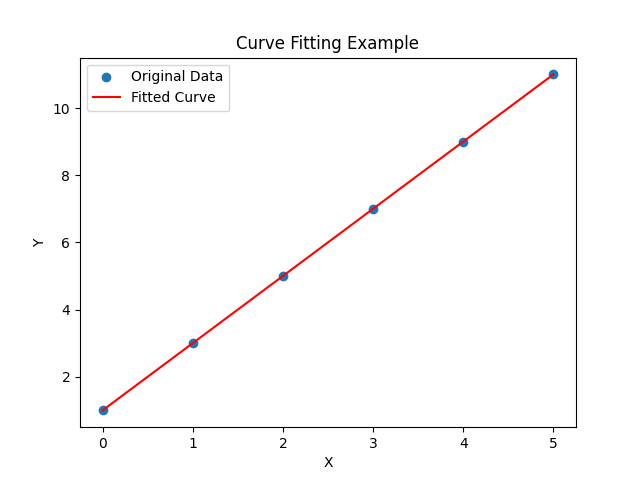
Repository: GreenSheep-Studio/PythonLearning
Script's output: python curver_fits.py
The author's editor kept a copy of each file at every save. The script's output is drawn from the files as they stood at one save, then again after a run of saves.
Random numbers start from a fixed seed.

Above is the script's output before, as saved 2023-11-25 13:34:09.

After the next 2 saves:
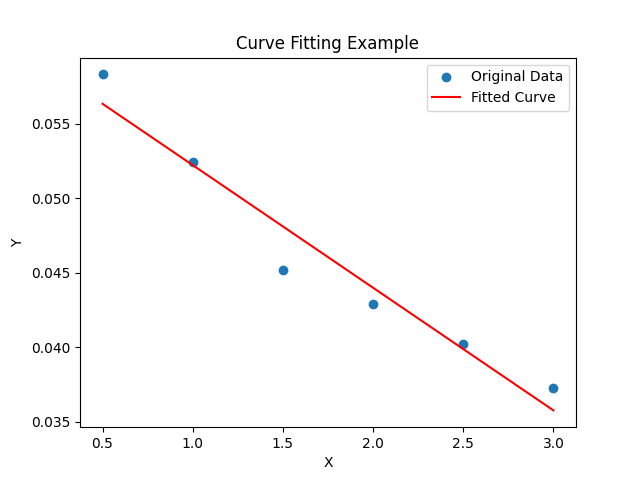
The 2 saves are shown as one change because 1 did not build or start.
The last was saved 35 min 30 s later.
--- a/curver_fits.py
+++ b/curver_fits.py
@@ -2,14 +2,14 @@
 import numpy as np
 from scipy.optimize import curve_fit
 import matplotlib.pyplot as plt
-
+import math
 # 定义要拟合的函数模型
 def linear_function(x, a, b):
-    return a * x + b
+    return a + b * x
 
 # 创建一些模拟数据
-x_data = np.array([0, 1, 2, 3, 4, 5])
-y_data = np.array([1, 3, 5, 7, 9, 11])
+x_data = np.array([0.5, 1, 1.5, 2, 2.5, 3])
+y_data = np.array([0.0583, 0.0524, 0.0452, 0.0429, 0.0402, 0.0373])
 
 # 使用 curve_fit 进行拟合
 params, covariance = curve_fit(linear_function, x_data, y_data)
